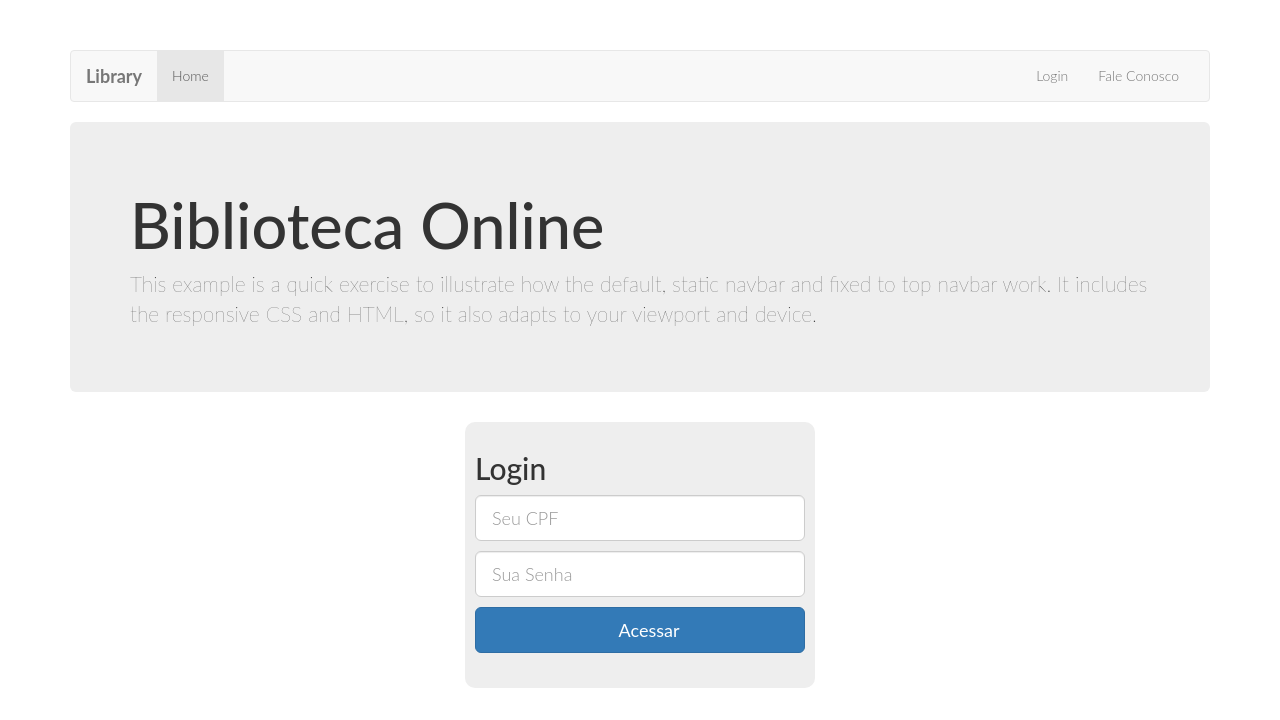
Repository: stefanyco/biblioteca
Page: http://localhost/Biblioteca/login.jsp
These files come from the project's save history. The page is drawn as it stood at one moment and after the next save; the edit follows.
The browser window is 1280 px wide. The pictures show the whole page.
Some web fonts or font styles are not loaded; a fallback is used. The page is served by Tomcat 9.

Above is the page before, as saved 2016-11-08 00:00:00.

After the next save:
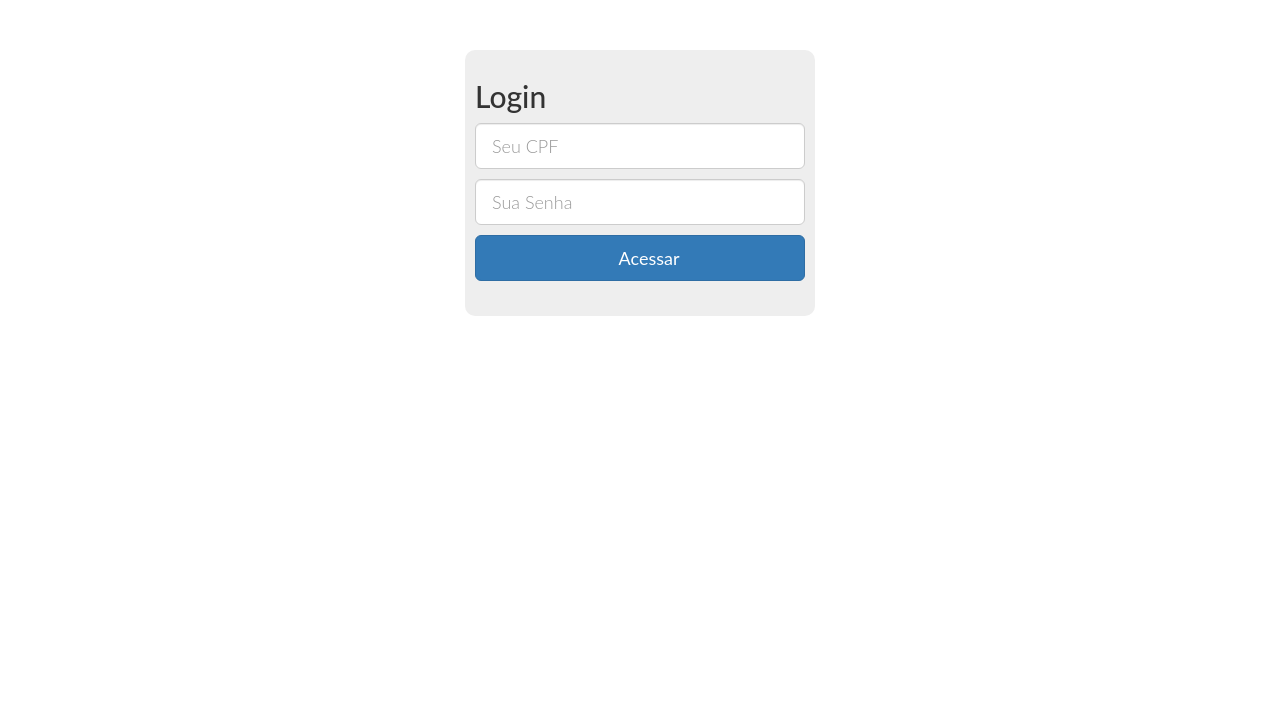
Saved 24 s later.
--- a/Sistema Biblioteca/Biblioteca/WebContent/login.jsp
+++ b/Sistema Biblioteca/Biblioteca/WebContent/login.jsp
@@ -12,7 +12,7 @@
 
 </head>
 <body>
-	<jsp:include page="cabecalho.jsp" />
+
 		<div class="container-fluid">
 			<div class="row-fluid">
 				<div class="col-xs-12">
